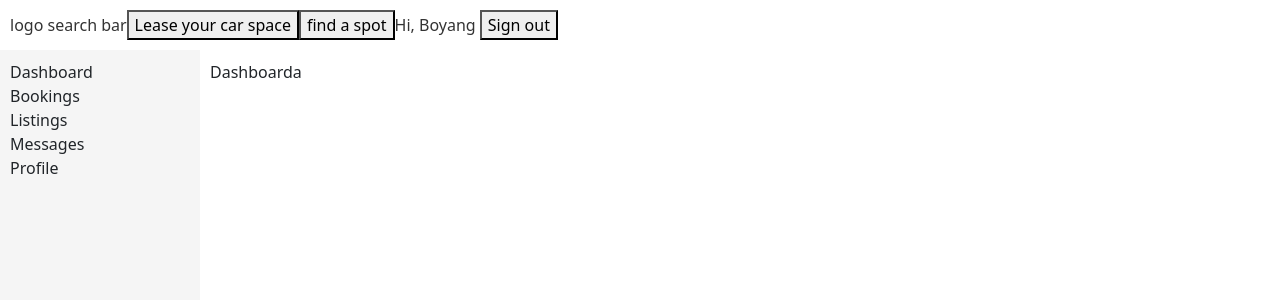
Repository: UNSWSpotFinder/SpotFinder
Page: /dashboard (app in frontend/)
The author's editor kept a copy of each file at every save. The page is drawn from the files as they stood at one save, then again after a run of saves.
The browser window is 1280 px wide. The pictures show the whole page.
The project was rebuilt for these pictures with package versions that can differ from the ones it lists, and the page was loaded fresh each time. Also part of the build but not shown: frontend/src/HomePage.css, frontend/src/Login.css, frontend/src/Login.jsx, frontend/src/Regist.css, frontend/src/Regist.jsx, frontend/src/HomePage.jsx, frontend/src/App.css, frontend/src/components/Bookings.jsx and 3 more.

Above is the page before, as saved 2024-03-09 18:46:41.

### frontend/src/App.jsx
import logo from './logo.svg';
import React, {
  useState,
  useEffect,
  useRef,
  ChangeEvent,
  LabelHTMLAttributes,
  createContext,
  useContext,
  ReactNode,
} from 'react';
import {HomePageLarge,HomePageAdminSmall,HomePageAdminLarge,HomePageSmall} from './HomePage';
import { ErrorProvider, GlobalSnackbar, ErrorContext } from './API';
import { BrowserRouter, Routes, Route, Link } from 'react-router-dom';
import './App.css';

// 导入Dashboard相关页面组件
import DashboardTop from './components/DashboardTop';
import Dashboard from './components/Dashboard';
import Bookings from './components/Bookings';
import Listings from './components/Listings';
import Profile from './components/Profile';
import Messages from './components/Messages';

function App() {
  const [windowWidth, setWindowWidth] = useState(window.innerWidth);
  useEffect(() => {
    // 添加一个事件监听器，以便在窗口大小改变时更新windowWidth状态
    const handleResize = () => {
      setWindowWidth(window.innerWidth);
    };
    window.addEventListener('resize', handleResize);
    // 清除事件监听器以避免内存泄漏
    return () => {
      window.removeEventListener('resize', handleResize);
    };
  }, []);
  let layoutComponentHost;
  let LayoutComponentHome;
  let LayoutDetail;
  if (windowWidth > 760) {
    layoutComponentHost = null;
    LayoutComponentHome = <HomePageLarge/>;
    LayoutDetail = null;
  } else {
    layoutComponentHost = null;
    LayoutComponentHome = <HomePageSmall/>;;
    LayoutDetail = null;
  }
  return(
    <ErrorProvider>
      <GlobalSnackbar/>
        <BrowserRouter>
          <Routes>
            <Route path="/user/*" element={LayoutComponentHome} />
            {/* DashboardTop作为父路由 */}
            <Route path="/dashboard" element={<DashboardTop />}>
            <Route index element={<Dashboard />} />
            <Route path="bookings" element={<Bookings />} />
            <Route path="listings" element={<Listings />} />
            <Route path="messages" element={<Messages />} />
            <Route path="profile" element={<Profile />} />
          </Route>
            {/* Keep the wildcard route to catch all and render Home */}
            <Route path="/*" element={LayoutComponentHome} />
          </Routes>
        </BrowserRouter>
    </ErrorProvider>
  )
}

export default App;

### frontend/src/API.jsx
import Alert from '@mui/material/Alert';
import Snackbar from '@mui/material/Snackbar';
import Button from '@mui/material/Button';
import Stack from '@mui/material/Stack';
import React, { useState, useEffect, createContext,useContext } from 'react';

import { styled } from '@mui/material';
const port = '8080';
export const meetErrorLog = (error) => {
    console.log(error);
    let errorText = '';
    // switch case to show the error
    switch (error) {
      case 'info':
        errorText = 'Invalid username or password !';
        break;
      case 'access':
        errorText = 'No permission, please log in first!';
        break;
      default:
        errorText = 'Network error! Please try again.';
        break;
    }
    return errorText;
  };
export const ErrorContext = createContext({
    snackbarData: { severity: 'info', message: '1',timestamp: new Date().getTime()},
    setOpenSnackbar: () => {}, // 提供一个空函数避免调用时出错
  });
export const useError = () => useContext(ErrorContext);
export const ErrorProvider = ({ children }) => {
  const [snackbarData, setSnackbarData] = useState({
    severity: 'success',
    message: '',
    timestamp: new Date().getTime()
  });
  const setOpenSnackbar = (data) => {
    setSnackbarData(data);
  };
  return (
    <ErrorContext.Provider value={{snackbarData,setOpenSnackbar}}>
      {children}
    </ErrorContext.Provider>
  );
};
// The message to be displayed in the Snackbar
export const GlobalSnackbar = () => {
const { snackbarData, setOpenSnackbar } = useError();
// State to manage the visibility of the Snackbar
const [open, setOpen] = useState(false);
  useEffect(() => {
    console.log('Alert severity:', snackbarData.severity);
    console.log('Alert :', snackbarData.message);
    if (snackbarData.message) {
      setOpen(true);
    }
  }, [snackbarData.message, snackbarData.timestamp]);

  const handleClose = (event, reason) => {
    if (reason === 'clickaway') {
      return;
    }
    setOpen(false);
  };

return (
    // Snackbar component with automatic hiding and custom styling
    <Snackbar open={open} autoHideDuration={6000} onClose={handleClose}>
        <Alert onClose={handleClose} severity={snackbarData.severity}>
        {snackbarData.message}
        </Alert>
  </Snackbar>
);
};
export const callAPIsendEmailCode = (path,input)=>{
    return new Promise((resolve, reject) =>{
        fetch('http://localhost:'+String(port)+'/'+String(path),{
        method:'POST',
        headers: { 'Content-Type': 'application/json' },
        body:JSON.stringify(input),
        })
        .then((response)=>{
            if(response.ok){
                console.log('success');
                console.log(response);
                return resolve(response);
            }
            else if (response.status===400){
                const errorReason = 'Email not correct!';
                return reject(errorReason);
            }
            else{
                const errorReason = 'There is a problem with the network connection!';
                return reject(errorReason);
            }
        })
        .catch((error)=>{
            console.log(error);
        })
    })

}
export const callAPIverifyEmailCode = (path,input)=>{
    return new Promise((resolve, reject) =>{
        console.log(input);
        console.log('http://localhost:'+String(port)+'/'+String(path));
        fetch('http://localhost:'+String(port)+'/'+String(path),{
        method:'POST',
        headers: { 'Content-Type': 'application/json' },
        body:JSON.stringify(input),
        })
        .then((response)=>{
            if(response.ok){
                console.log('success');
                return resolve(response.json());
            }
            else if (response.status===400){
                const errorReason = 'Incorrect verification code.';
                return reject(errorReason);
            }
            else{
                const errorReason = 'There is a problem with the network connection!';
                return reject(errorReason);
            }
        })
        .catch((error)=>{
            console.log(error);
        })
    })

}
export const callAPIloginUser=(path,input)=>{

}
// 用户注册
export const callAPIRegistUser=(path,input)=>{
     return new Promise((resolve, reject) =>{
        console.log(input);
        console.log('http://localhost:'+String(port)+'/'+String(path));
        fetch('http://localhost:'+String(port)+'/'+String(path),{
        method:'POST',
        headers: { 'Content-Type': 'application/json' },
        body:JSON.stringify(input),
        })
        .then((response)=>{
            if(response.ok){
                console.log('success');
                return resolve(response.json());
            }
            else if (response.status===417){
                const errorReason = 'This email has been registed!';
                return reject(errorReason);
            }
            else{
                const errorReason = 'There is a problem with the network connection!';
                return reject(errorReason);
            }
        })
        .catch((error)=>{
            console.log(error);
        })
    })
}
// 用户登录
export const callAPILoginUser=(path,input)=>{
    return new Promise((resolve, reject) =>{
       console.log(input);
       console.log('http://localhost:'+String(port)+'/'+String(path));
       fetch('http://localhost:'+String(port)+'/'+String(path),{
       method:'POST',
       headers: { 'Content-Type': 'application/json' },
       body:JSON.stringify(input),
       })
       .then((response)=>{
           if(response.ok){
               console.log('success');
               return resolve(response.json());
           }
           else if (response.status===401){
               const errorReason = 'Username does not exist or password is incorrect!';
               return reject(errorReason);
           }
           else{
               const errorReason = 'There is a problem with the network connection!';
               return reject(errorReason);
           }
       })
       .catch((error)=>{
           console.log(error);
       })
   })
}
// 密码修改
export const callAPIResetPwdUser=(path,input)=>{
    return new Promise((resolve, reject) =>{
       console.log(input);
       console.log('http://localhost:'+String(port)+'/'+String(path));
       fetch('http://localhost:'+String(port)+'/'+String(path),{
       method:'POST',
       headers: { 'Content-Type': 'application/json' },
       body:JSON.stringify(input),
       })
       .then((response)=>{
           if(response.ok){
               console.log('success');
               return resolve(response.json());
           }
           else if (response.status===401){
               const errorReason = 'Username does not exist or password is incorrect!';
               return reject(errorReason);
           }
           else{
               const errorReason = 'There is a problem with the network connection!';
               return reject(errorReason);
           }
       })
       .catch((error)=>{
           console.log(error);
       })
   })
}

### frontend/src/components/DashboardTop.jsx
import React from 'react';
import { Outlet } from 'react-router-dom';
import './DashboardTop.css';

const DashboardTop = () => {
  return (
    <div className="dashboard-top">
      <div className="top-nav">
        <span>logo </span>
        <span>search bar</span>
        <button>Lease your car space</button>
        <button>find a spot</button>
        <span>Hi, </span>
        <span>Boyang </span>
        <button>Sign out</button>
      </div>
      <div className="content-area">
        <div className="side-nav">
          <div>Dashboard</div>
          <div>Bookings</div>
          <div>Listings</div>
          <div>Messages</div>
          <div>Profile</div>
        </div>
        <div className="main-content">
          <Outlet />
        </div>
      </div>
    </div>
  );
};

export default DashboardTop;

### frontend/src/components/Dashboard.jsx
import React from 'react';
import DashboardTop from './DashboardTop';

const Dashboard = () => {
  // 组件的状态和逻辑

  return (
    <div className='Dashboard'>
      {/* 组件的JSX结构 */}
      Dashboarda
    </div>
  );
}

export default Dashboard;

### frontend/src/components/DashboardTop.css
/* DashboardTop.css */

/* 整体布局 */
.dashboard-top {
    display: flex;
    flex-direction: column;
    height: 100vh; /* 使布局填满整个视口高度 */
  }

  /* 顶部导航样式 */
  .top-nav {
    background-color: #fff;
    color: #333;
    padding: 10px;
  }

  /* 内容区域样式，包含侧边导航和主内容区 */
  .content-area {
    display: flex;
    flex-grow: 1; /* 占据剩余空间 */
  }

  /* 侧边导航样式 */
  .side-nav {
    background-color: #f5f5f5; /* 浅色背景 */
    width: 200px; /* 定宽 */
    padding: 10px; /* 内边距 */
  }

  /* 主内容区域样式 */
  .main-content {
    flex-grow: 1; /* 占据剩余空间 */
    padding: 10px; /* 内边距 */
  }

Loaded but not shown: frontend/public/index.html (common file); frontend/src/index.js (common file); frontend/src/index.css (common file); frontend/src/reportWebVitals.js (common file)

After the next 2 saves:
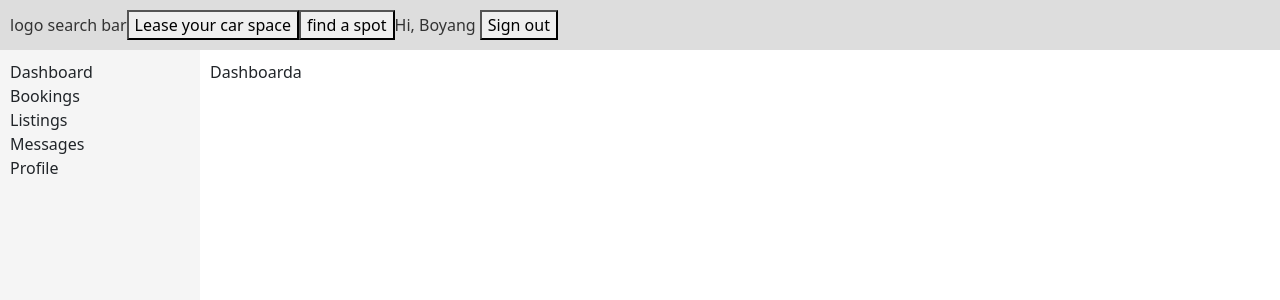
The 2 saves are shown as one change because they came seconds apart.
The last was saved 17 s later.
--- a/frontend/src/components/DashboardTop.css
+++ b/frontend/src/components/DashboardTop.css
@@ -9,7 +9,7 @@
 
   /* 顶部导航样式 */
   .top-nav {
-    background-color: #fff;
+    background-color: #ddd;
     color: #333;
     padding: 10px;
   }
